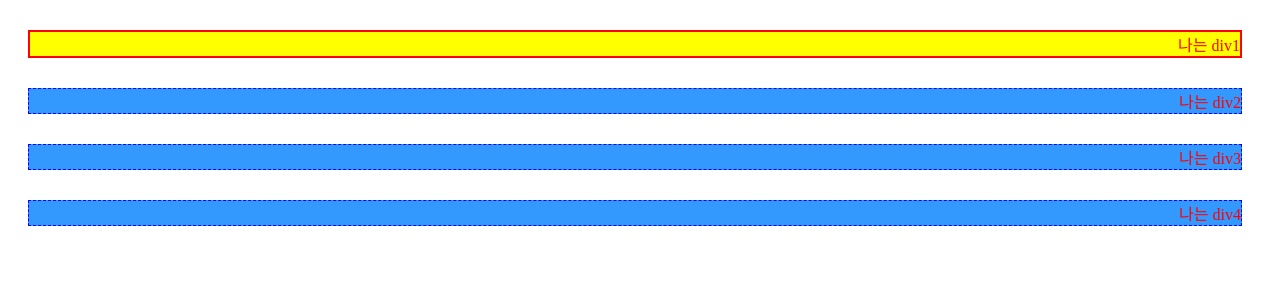
Repository: raccoon304/gugkbi_jsp
Page: HTML5/src/main/webapp/ch01_cssOrder/cssOrder.html
The author's editor kept a copy of each file at every save. The page is drawn from the files as they stood at one save, then again after the next save.
The browser window is 1280 px wide. The pictures show the whole page.

Above is the page before, as saved 2025-11-13 07:45:19.

After the next save:
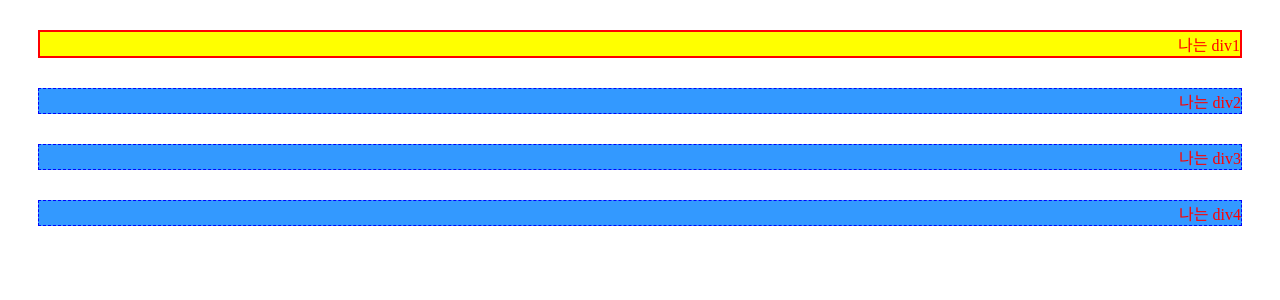
Saved 4 min 15 s later.
--- a/HTML5/src/main/webapp/ch01_cssOrder/cssOrder.html
+++ b/HTML5/src/main/webapp/ch01_cssOrder/cssOrder.html
@@ -16,7 +16,9 @@
 		color: red;					/* 글자색 : 빨간색 */
 		font-style: normal;			/* 폰트모양 : 정자 */
 		text-align: right;			/* 글자정렬 */
-		margin: 30px 30px 20px 20px;
+		margin: 30px 30px 20px 20px; /* 바깥 여백 : 상 우 하 좌  */
+		margin: 30px 50px;			/* 바깥 여백 : 상하 우좌  */
+		margin: 30px;/* 바깥 여백 : 상우하좌 전체 */
 	}
 
 </style>
